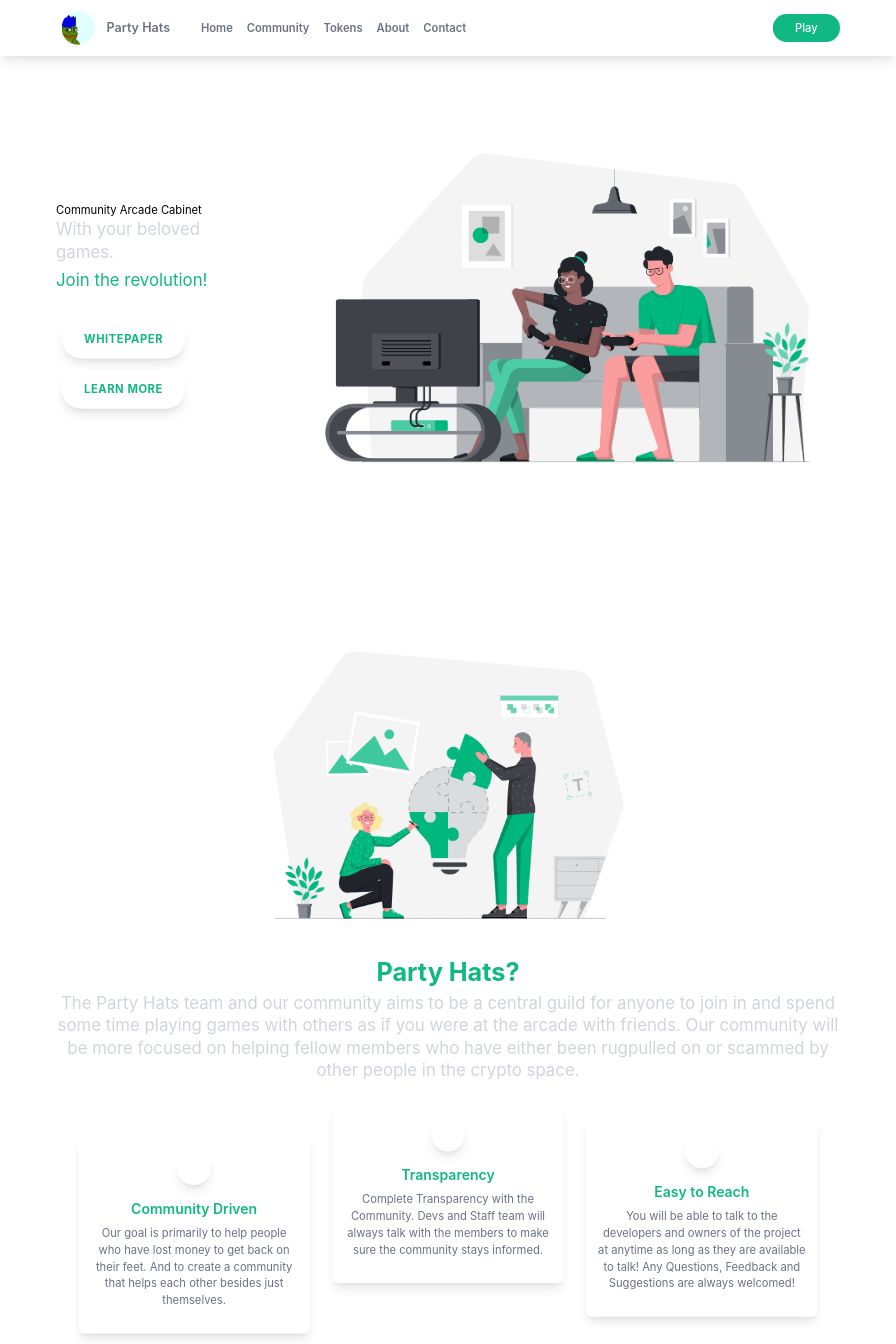
Repository: rhinorphan/phat-landing-page
Page: /
An editor plug-in stored every save of this project. The page is shown before and after the next save, followed by the edit.
The browser window is 1280 px wide. The pictures show the part of the page from y = 0 to 1920 px (the page is 3976 px tall), at 70% of full size.
The project was rebuilt for these pictures with package versions that can differ from the ones it lists, and the page was loaded fresh each time. Also part of the build but not shown: craco.config.js.

Above is the page before, as saved 2021-11-17 20:33:41.

After the next save:
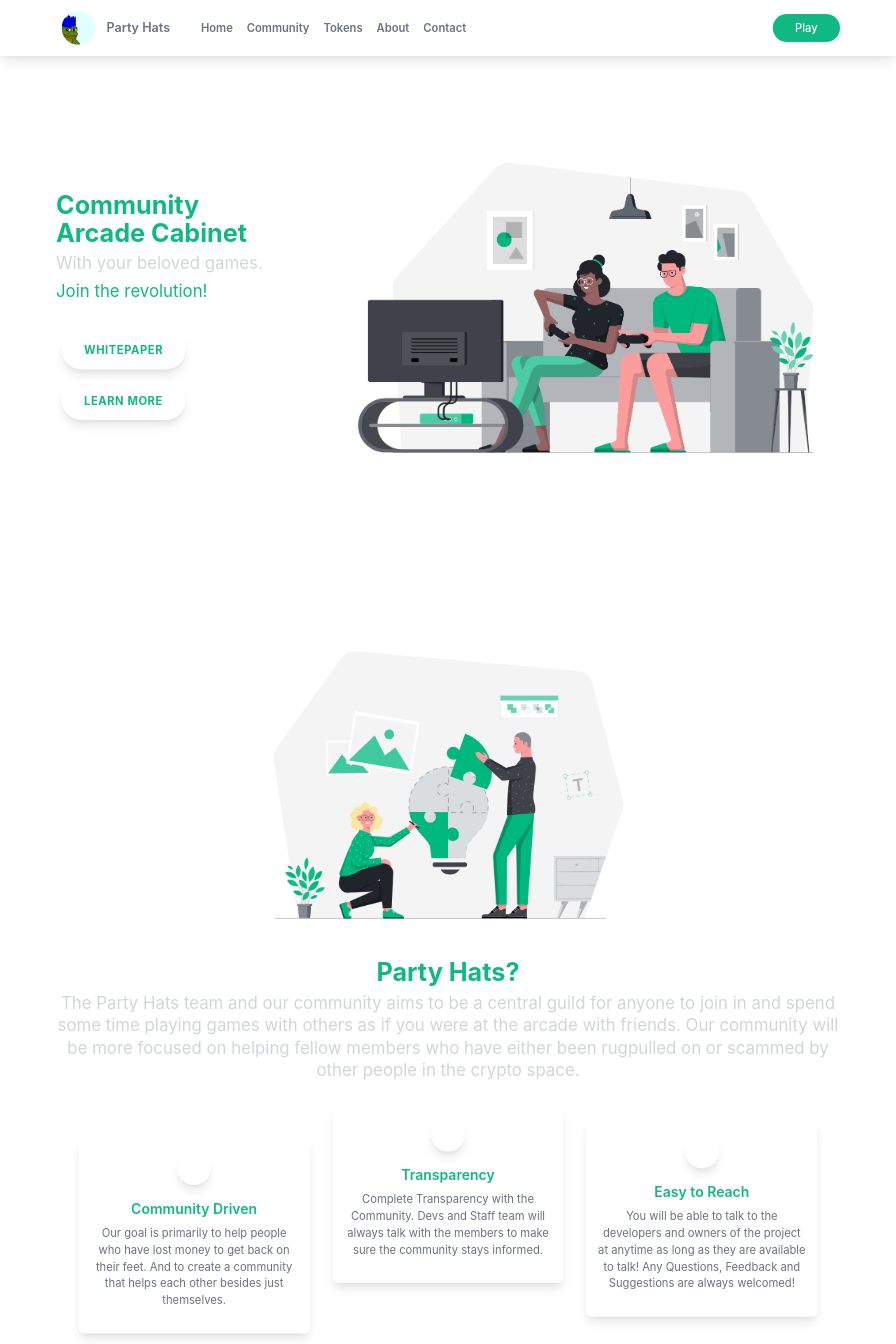
Saved 6 s later.
--- a/src/components/Landing.js
+++ b/src/components/Landing.js
@@ -5,7 +5,7 @@ function Landing() {
   return (
     <section className="grid md:flex place-items-center h-screen py-10 px-4" name="landing">
       <div class="mx-16">
-        <h2 class="header-wrap">
+        <h2 class="text-4xl  font-bold mb-2 text-green-500">
           Community Arcade Cabinet
         </h2>
         <h3 class="text-2xl mb-2 text-gray-300">
